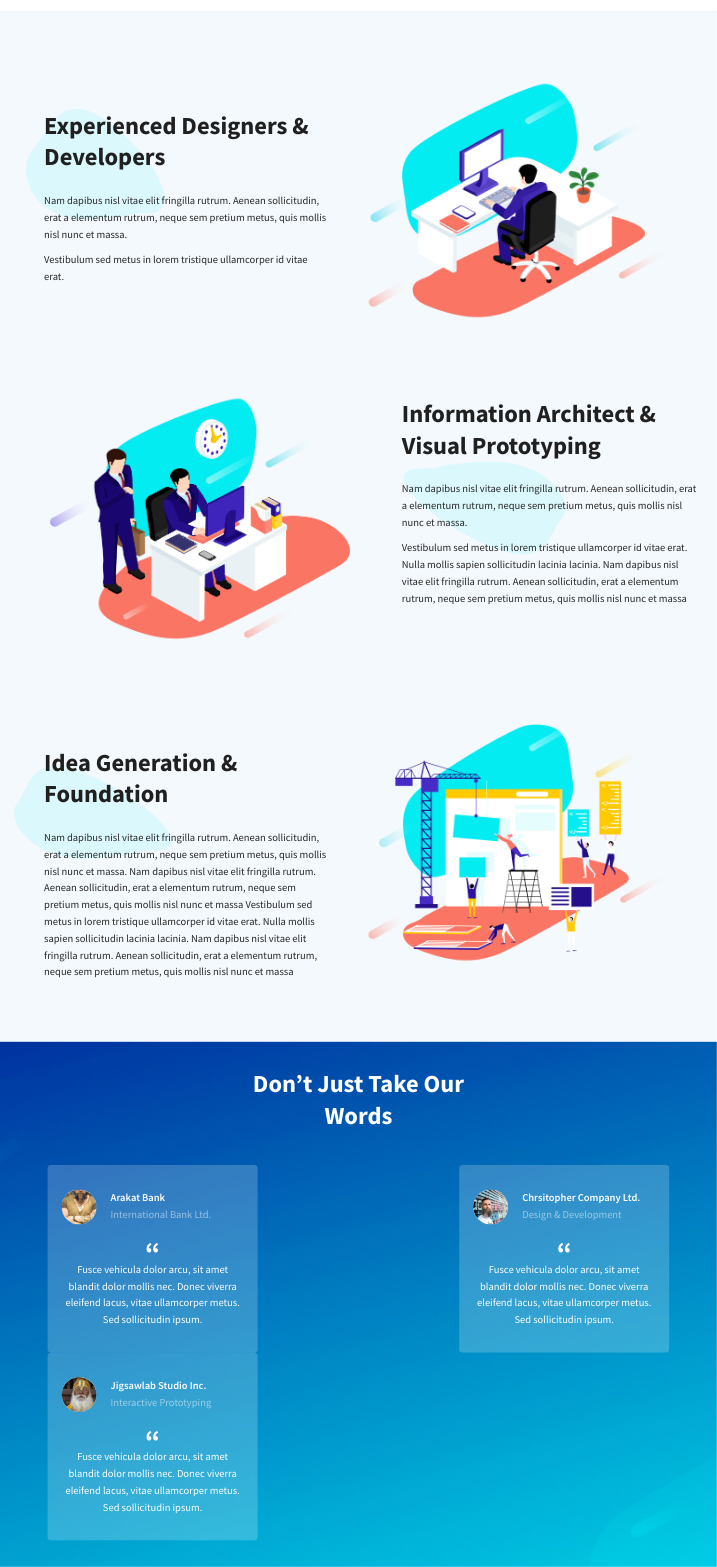
Repository: advert31337/marafon_from0to1_MartaUP
Page: index.html
An editor plug-in stored every save of this project. The page is shown before and after the next save, followed by the edit.
The browser window is 1024 px wide. The pictures show the part of the page from y = 1356 to 3596 px (the page is 3594 px tall before and 3596 px after), at 70% of full size.

Above is the page before, as saved 2020-03-08 17:56:28.

After the next save:
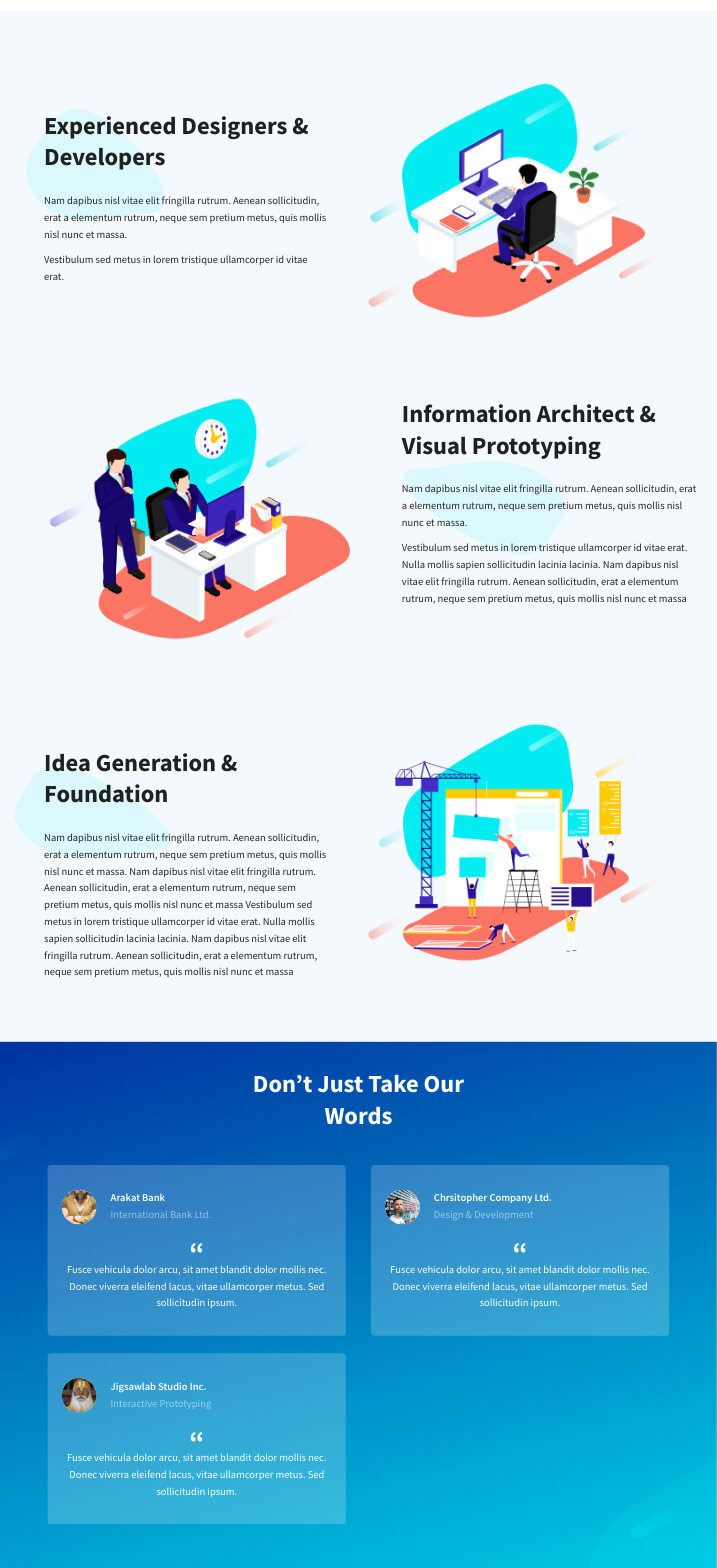
Saved 68 s later.
--- a/css/style.css
+++ b/css/style.css
@@ -385,6 +385,10 @@ a {
     .reviews__items{
         flex-wrap: wrap;
     }
+    .reviews__item{
+        width: 48%;
+        margin-bottom: 25px;
+    }
 }
 
 
